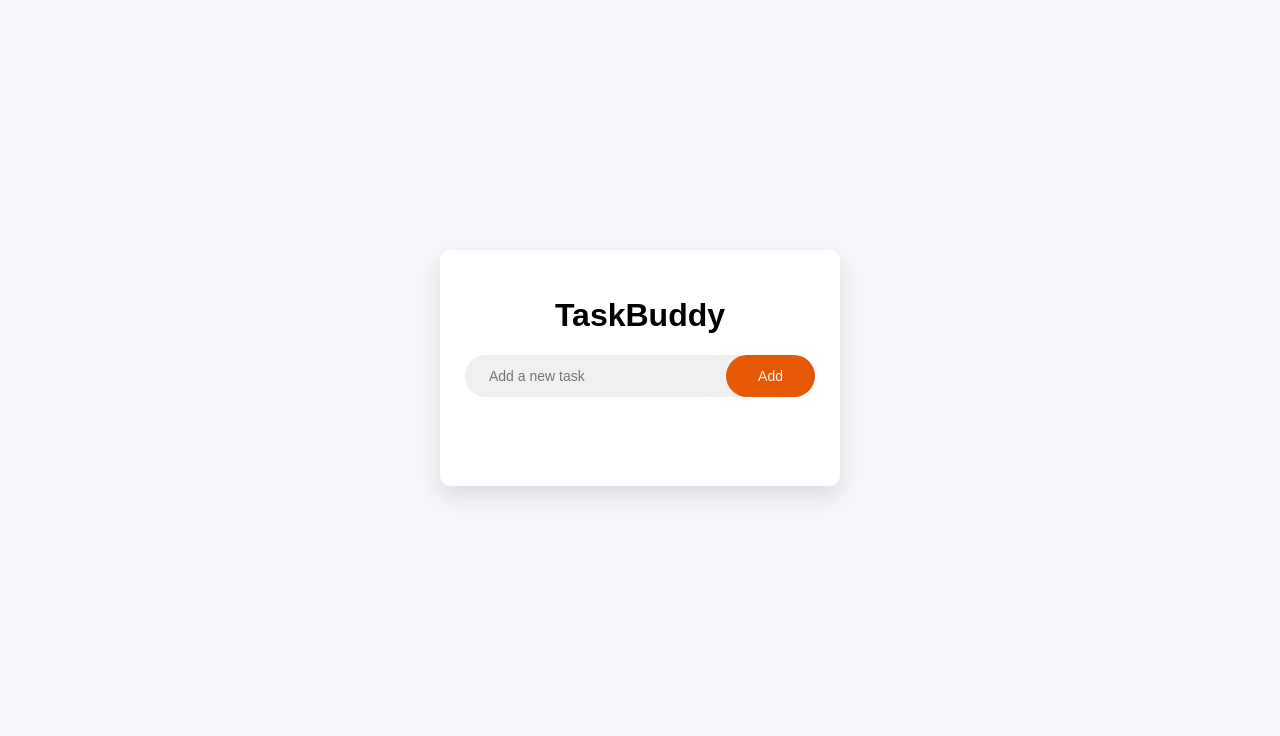
Repository: yogeshnandwani/taskbuddy-todo
Page: index.html
The author's editor kept a copy of each file at every save. The page is drawn from the files as they stood at one save, then again after the next save.
The browser window is 1280 px wide. The pictures show the whole page.

Above is the page before, as saved 2026-03-16 20:04:08.

### index.html
<!DOCTYPE html>
<html lang="en">
<head>
<meta charset="UTF-8">
<title>TaskBuddy</title>
<link rel="stylesheet" href="css/style.css">
</head>

<body>

<div class="app">

<h1>TaskBuddy</h1>

<div class="task-input">
<input type="text" id="taskInput" placeholder="Add a new task">
<button id="addBtn">Add</button>
</div>

<ul id="taskList">
    <h3 class="heading">Tasks</h3>
</ul>

</div>

<script src="js/script.js"></script>

</body>
</html>

### css/style.css
body{
    font-family: Arial, sans-serif;
    background:#f4f6f9;
    display:flex;
    justify-content:center;
    align-items:center;
    height:100vh;
}

.app{
    background:white;
    padding:25px;
    border-radius:10px;
    width:350px;
    box-shadow:0 10px 20px rgba(0,0,0,0.1);
}

h1{
    text-align:center;
}

.task-input{
    display:flex;
    border-radius: 50px;
    background-color: #f0f0f0;
}

input{
    flex:1;
    padding:8px;
    border: none;
    border-radius: 50px;
    padding: 0.8rem 1.5rem;
    background-color: #f0f0f0;
    font-size: 14px;
}

input:focus{
    outline: none;
}

#addBtn{
    padding:0.8rem 2rem;
    border: none;
    border-radius: 50px;
    background-color: #e75805;
    color: #f4f6f9;
    cursor:pointer;
    font-size: 14px;
}

ul{
    border-radius: 10px;
    display: flex;
    padding: 1rem;
    gap: 10px;
    flex-direction: column;
    justify-content: center;
    align-items: center;
}

ul .heading{
    align-self: flex-start;
    font-weight: 500;
    margin-bottom: 5px;
    color: rgb(44, 44, 44);
}

li{
    display: flex;
    align-items: center;
    padding: 12px 0;
    justify-content: space-between;
    width: 100%;
    display:flex;
    justify-content:space-between;
}

li:not(:last-child){
    border-bottom: 1px solid #00000027;
}

li .delete {
    width: 1.5rem;
    height: 1.5rem;
    border: none;
    background-color: transparent;
    display: flex;
    align-items: center;
    justify-content: center;
    cursor: pointer;
    border-radius: 50%;
}

li .delete img {
    width: 1.5rem;
    height: auto;
    object-fit: contain;
    border-radius: 50%;
    filter: saturate(0);
    transition: all 0.1s ease-in;
}

li .delete:hover img{
    filter: saturate(1);
}

### js/script.js
const input = document.getElementById("taskInput")
const addBtn = document.getElementById("addBtn")
const list = document.getElementById("taskList")
let tasks = JSON.parse(localStorage.getItem("tasks")) || []

addBtn.addEventListener("click", addTask)

function addTask() {
    const taskText = input.value.trim()

    if (taskText === "") return

    tasks.push(taskText)

    saveTasks()

    input.value = ""
}

function saveTasks(){
    localStorage.setItem("tasks", JSON.stringify(tasks))
    renderTasks()
}

function renderTasks(){
    list.innerHTML = ""

    tasks.forEach(task => {

        const li = document.createElement("li")

        li.innerHTML = `
        <span>${task}</span>
        <button class="delete">
            <img src="images/delete.png" alt="Delete icon">
        </button>
        `

        list.appendChild(li)
    })
}

list.addEventListener("click", function(e){
    const deleteBtn = e.target.closest(".delete")

    if(deleteBtn){

        const index = [...list.children].indexOf(deleteBtn.parentElement)

        tasks.splice(index,1)

        saveTasks()
    }
})

renderTasks()

After the next save:
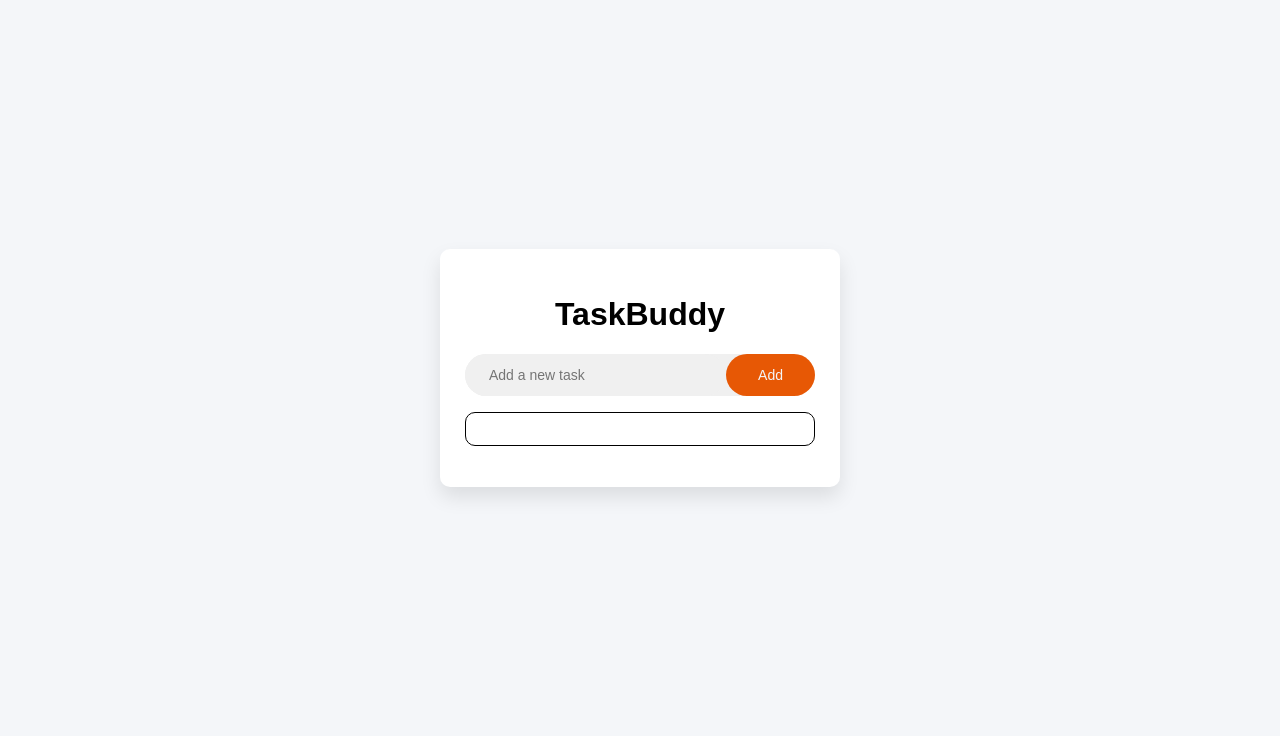
Saved 3 min 52 s later.
--- a/css/style.css
+++ b/css/style.css
@@ -57,6 +57,7 @@ ul{
     flex-direction: column;
     justify-content: center;
     align-items: center;
+    border: 1px solid #000;
 }
 
 ul .heading{
